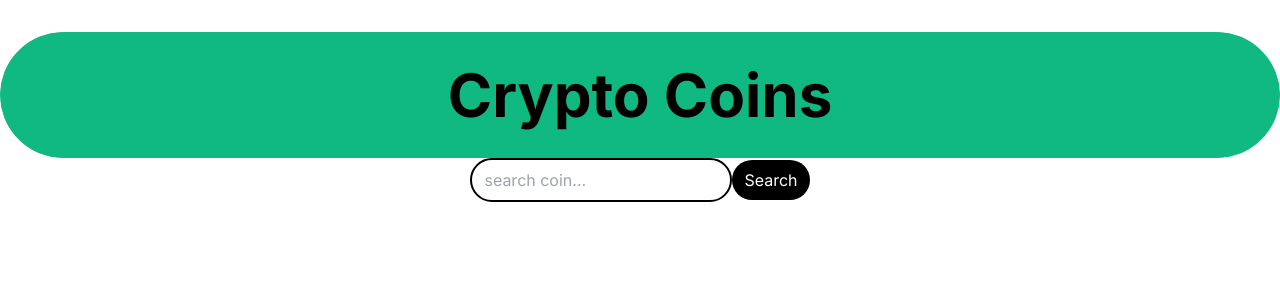
Repository: bittu-Patel/coins
Page: /
An editor plug-in stored every save of this project. The page is shown before and after the next save, followed by the edit.
The browser window is 1280 px wide. The pictures show the whole page.
The page's requests for data from a server got no answer. The project was rebuilt for these pictures with package versions that can differ from the ones it lists, and the page was loaded fresh each time. The framework's server and built-in components were replaced by stand-ins that run in the browser. No one was signed in, and anything a server would have sent is missing. Also part of the build but not shown: next.config.js.

Above is the page before, as saved 2023-12-18 16:38:24.

### app/page.js
"use client"

import { useState, useEffect } from "react"
import Coins from "./components/Coins";
import SearchCoins from "./components/SearchCoins";


export default function Home() {
const [coins, SetCoins] = useState([]);

useEffect(() => {
  const getCoins = async () => {
    const response = await fetch('/api/coins');
    const coins = await response.json();
    SetCoins(coins.data.coins);
  }

  getCoins();
  }, []);


  return (
   <div className="text-center">
<h1 className="font-bold text-6xl mt-8 py-8 border border-emerald-500 bg-emerald-500 rounded-full">Crypto Coins</h1>

<SearchCoins getSearchResults={(results) => SetCoins(results)}  />
<Coins coins={coins} />
   </div>
  )
}

### app/components/Coins.jsx
import Image from "next/image"


export default function Coins({coins}) {
  return (
    <>
    <ul className="grid grid-cols-4 mx-auto max-w-[1260px] gap-12">
{coins.map(coin => (
<li key={coin.uuid} className="flex flex-col gap-4 py-12">
    <Image
    src={coin.iconUrl}
    alt={coin.name}
width={70}
height={70}
    priority
    />
    <h3>{coin.name}</h3>
    <p>{coin.symbol}</p>
<p>{coin.price}</p>
</li>
))}
    </ul>
    </>
  )
}

### app/components/SearchCoins.jsx
"use client";
import Link from "next/link";
import { useState } from "react";

export default function SearchCoins({ getSearchResults }) {
  const [query, setQuery] = useState("");

  const handleSubmit = async (e) => {
    e.preventDefault();

    const response = await fetch(`/api/coins/search?query=${query}`);
    const coin = await response.json();

    getSearchResults(coin)
  };
  return (
    <div>
      <form onSubmit={handleSubmit}>
        <input
          className="text-black border-black border-2 rounded-full px-3 py-2 "
          type="text"
          placeholder="search coin... "
          value={query}
          onChange={(e) => setQuery(e.target.value)}
        />
        <button className="bg-black hover:bg-black/60 text-white rounded-full px-3 py-2 " type="submit">Search</button>
      </form>
    </div>
  );
}

Loaded but not shown: app/layout.js (common file); app/globals.css (common file); tailwind.config.js (common file)

After the next save:
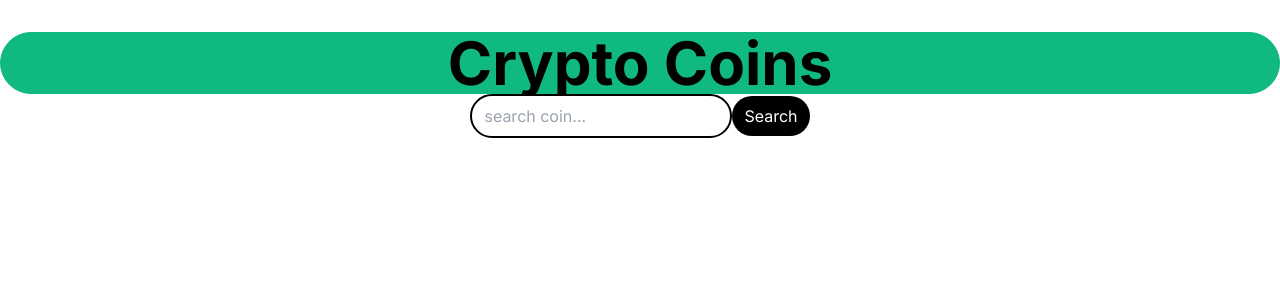
Saved 65 s later.
--- a/app/page.js
+++ b/app/page.js
@@ -21,7 +21,7 @@ useEffect(() => {
 
   return (
    <div className="text-center">
-<h1 className="font-bold text-6xl mt-8 py-8 border border-emerald-500 bg-emerald-500 rounded-full">Crypto Coins</h1>
+<h1 className="font-bold text-6xl mt-8  border border-emerald-500 bg-emerald-500 rounded-full">Crypto Coins</h1>
 
 <SearchCoins getSearchResults={(results) => SetCoins(results)}  />
 <Coins coins={coins} />
